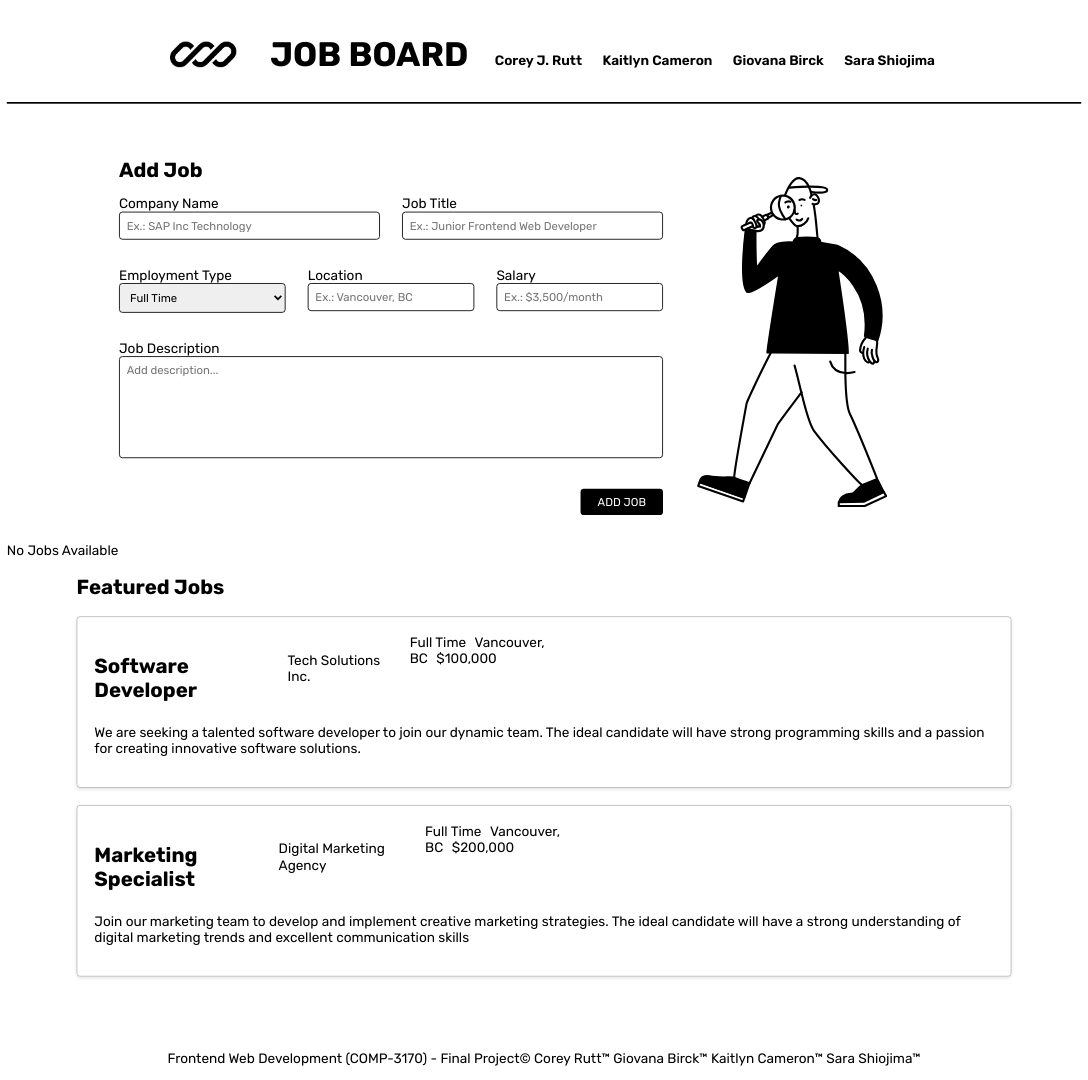
Repository: kcameron37/Final-Project-FrontEnd
Page: /
These files come from the project's save history. The page is drawn as it stood at one moment and after the next save; the edit follows.
The browser window is 1280 px wide. The pictures show the whole page, at 85% of full size.
The project was rebuilt for these pictures with package versions that can differ from the ones it lists, and the page was loaded fresh each time.

Above is the page before, as saved 2023-11-28 20:31:03.

### src/index.js
import { StrictMode } from "react";
import { createRoot } from "react-dom/client";

import App from "./App";
import './styles.css';

const rootElement = document.getElementById("root");
const root = createRoot(rootElement);

root.render(
  <StrictMode>
    <App />
    <p className="footer">Frontend Web Development (COMP-3170) - Final Project&copy; Corey Rutt&trade; Giovana Birck&trade; Kaitlyn Cameron&trade; Sara Shiojima&trade; </p>
  </StrictMode>
);

### src/App.js
import React, { useState } from 'react';
import { BrowserRouter as Router, Routes, Route } from 'react-router-dom';

import JobList from './components/JobList';
import AddJob from './components/AddJob';
import FilterComponent from './components/FilterComponent';
import NavBar from './components/NavBar';

export default function App() {
  const [jobs, setJobs] = useState([]);
  const [jobToEdit, setJobToEdit] = useState(null);

  const addJob = (job) => {
    if (jobToEdit) {
      const updatedJobs = jobs.map(j => (j.id === jobToEdit.id ? { ...j, ...job } : j));
      setJobs(updatedJobs);
      setJobToEdit(null);
    } else {
      const newJobWithId = { ...job, id: Date.now() };
      setJobs([...jobs, newJobWithId]);
    }
  };

  const deleteJob = (index) => {
    const newJobs = jobs.filter((_, idx) => idx !== index);
    setJobs(newJobs);
  };

  return (
    <Router>
      <div className="App">
        <NavBar />
        <AddJob addJob={addJob} jobToEdit={jobToEdit} />
        <FilterComponent jobs={jobs} />
        <Routes>
          <Route path="/" element={<JobList jobs={jobs} deleteJob={deleteJob} setJobToEdit={setJobToEdit} />} />
          <Route path="/filter/:filterType/:filterValue" element={<JobList jobs={jobs} deleteJob={deleteJob} setJobToEdit={setJobToEdit} />} />
        </Routes>
      </div>
    </Router>
  );
}

### src/styles.css
.App {
  font-family: 'Rubik', sans-serif;
  padding-bottom: 50px;
}

.footer {
  left: 0;
  bottom: 0;
  width: 100%;
  text-align: center;
  z-index: 1000;
}

### src/components/JobList.js
import React from 'react';
import { useParams } from 'react-router-dom';
import styles from "./jobList.module.css";

export default function JobList({ jobs, deleteJob, setJobToEdit }) {
  const { filterType, filterValue } = useParams();

  // Filtering logic based on URL parameters
  const filteredJobs = filterType && filterValue
    ? jobs.filter(job => job[filterType].toString() === filterValue)
    : jobs;

  const handleEditClick = (job) => {
    setJobToEdit(job);
  };

  return (
    <div className={styles.jobListContainer}>
      <h2 className={styles.h2}>Featured Jobs</h2>
      {filteredJobs.map((job, index) => (
        <div key={index} className={styles.jobItem}>
          <div className={styles.titleLine}>
            <h3 className={styles.jobTitle}>{job.jobTitle}</h3>
            <button
              className={styles.editButton}
              onClick={() => handleEditClick(job)}
            >
              Edit
            </button>
            <button
              className={styles.deleteButton}
              onClick={() => deleteJob(index)}
            >
              Delete
            </button>
          </div>

          <div className={styles.companyInfo}>
            <div className={styles.companyName}>
              <span>{job.companyName}</span>
            </div>
            <div className={styles.companyDetails}>
              <span>{job.employment}</span>
              <span>{job.location}</span>
              <span>{job.salary}</span>
            </div>
          </div>
          <p className={styles.jobDescription}>{job.description}</p>
        </div>
      ))}
      <div className={styles.jobListContainer}>
        <div className={styles.jobItem}>
          <div className={styles.titleLine}>
            <h3 className={styles.jobTitle}>Software Developer</h3>

            <div className={styles.companyInfo}>
              <div className={styles.companyName}>
                <span>Tech Solutions Inc.</span>
              </div>
            </div>
            <div className={styles.companyDetails}>
              <span>Full Time</span>
              <span>Vancouver, BC</span>
              <span>$100,000</span>
            </div>
          </div>
          <p className={styles.jobDescription}>
            We are seeking a talented software developer to join our dynamic
            team. The ideal candidate will have strong programming skills and a
            passion for creating innovative software solutions.
          </p>
        </div>
      </div>

      <div className={styles.jobListContainer}>
        <div className={styles.jobItem}>
          <div className={styles.titleLine}>
            <h3 className={styles.jobTitle}>Marketing Specialist</h3>
            <div className={styles.companyInfo}>
              <div className={styles.companyName}>
                <span>Digital Marketing Agency</span>
              </div>
            </div>
            <div className={styles.companyDetails}>
              <span>Full Time</span>
              <span>Vancouver, BC</span>
              <span>$200,000</span>
            </div>
          </div>
          <p className={styles.jobDescription}>
            Join our marketing team to develop and implement creative marketing
            strategies. The ideal candidate will have a strong understanding of
            digital marketing trends and excellent communication skills
          </p>
        </div>
      </div>
    </div>
  );
}

### src/components/AddJob.js
import React, { useState, useEffect } from "react";
import styles from "./addJob.module.css";

export default function AddJob({ addJob, jobToEdit, updateJob }) {
  const [job, setJob] = useState({
    companyName: "",
    jobTitle: "",
    employment: "Full Time",
    location: "",
    salary: "",
    description: "",
  });

  useEffect(() => {
    if (jobToEdit) {
      setJob(jobToEdit);
    } else {
      setJob({
        companyName: "",
        jobTitle: "",
        employment: "Full Time",
        location: "",
        salary: "",
        description: "",
      });
    }
  }, [jobToEdit]);

  const handleSubmit = (e) => {
    e.preventDefault();
    addJob(job);
    setJob({
      companyName: "",
      jobTitle: "",
      employment: "Full Time",
      location: "",
      salary: "",
      description: "",
    });
  };

  const handleChange = (e) => {
    setJob({ ...job, [e.target.name]: e.target.value });
  };

  return (
    <form onSubmit={handleSubmit} className={styles.container}>
      <div className={styles.form}>
        <h2 className={styles.formTitle}>Add Job</h2>

        <div className={styles.formRow}>
          <div className={styles.inputContainer}>
            <label className={styles.inputLabel}>Company Name</label>

            <input
              type="text"
              name="companyName"
              value={job.companyName}
              onChange={handleChange}
              placeholder="Ex.: SAP Inc Technology"
              className={styles.textInput}
            />
          </div>

          <div className={styles.inputContainer}>
            <label className={styles.inputLabel}>Job Title</label>

            <input
              type="text"
              name="jobTitle"
              value={job.jobTitle}
              onChange={handleChange}
              placeholder="Ex.: Junior Frontend Web Developer"
              className={styles.textInput}
            />
          </div>
        </div>

        <div className={styles.formRow}>
          <div className={styles.inputContainer}>
            <label className={styles.inputLabel}>Employment Type</label>

            <select
              name="employment"
              value={job.employment}
              onChange={handleChange}
              className={styles.selectInput}
            >
              <option value="Full Time">Full Time</option>
              <option value="Part Time">Part Time</option>
            </select>
          </div>

          <div className={styles.inputContainer}>
            <label className={styles.inputLabel}>Location</label>

            <input
              type="text"
              name="location"
              value={job.location}
              onChange={handleChange}
              placeholder="Ex.: Vancouver, BC"
              className={styles.textInput}
            />
          </div>

          <div className={styles.inputContainer}>
            <label className={styles.inputLabel}>Salary</label>

            <input
              type="text"
              name="salary"
              value={job.salary}
              onChange={handleChange}
              placeholder="Ex.: $3,500/month"
              className={styles.textInput}
            />
          </div>
        </div>

        <div className={styles.formRow}>
          <div className={styles.inputContainer}>
            <label className={styles.inputLabel}>Job Description</label>

            <textarea
              name="description"
              value={job.description}
              onChange={handleChange}
              placeholder="Add description..."
              className={styles.textareaInput}
            />
          </div>
        </div>

        <div className={styles.formRow}>
          <button className={styles.button} type="submit">
            {jobToEdit ? "Update Job" : "Add Job"}
          </button>
        </div>
      </div>

      <div className={styles.imageWrap}>
        <img className={styles.image} src="/images/man.svg" alt="Logo" />
      </div>
    </form>
  );
}

### src/components/FilterComponent.js
import React from 'react';
import { useNavigate } from 'react-router-dom';

function FilterComponent({ jobs }) {
    const navigate = useNavigate();

    const uniqueLocations = getUniqueValues(jobs, 'location');
    const uniqueJobTitles = getUniqueValues(jobs, 'jobTitle');

    const handleFilterChange = (filterType, value) => {
      if (value === "") {
        navigate(`/`); // Navigate to base route to reset the filter
      } else {
        navigate(`/filter/${filterType}/${value}`);
      }
    };

  if (jobs.length === 0) {
    return <p>No Jobs Available</p>;
  }

  return (
    <div>
      <div>
        <label>Location:</label>
        <select onChange={(e) => handleFilterChange('location', e.target.value)}>
          <option value="">All Locations</option> {/* Reset option */}
          {uniqueLocations.map(location => (
            <option key={location} value={location}>{location}</option>
          ))}
        </select>
      </div>

      <div>
        <label>Job Title:</label>
        <select onChange={(e) => handleFilterChange('jobTitle', e.target.value)}>
          <option value="">All Job Titles</option> {/* Reset option */}
          {uniqueJobTitles.map(title => (
            <option key={title} value={title}>{title}</option>
          ))}
        </select>
      </div>

      {/* Add more dropdowns for other categories... */}
    </div>
  );
}

export default FilterComponent;

function getUniqueValues(jobs, key) {
  const unique = [...new Set(jobs.map(job => job[key]))];
  return unique;
}

### src/components/NavBar.js
import React, { useState, useEffect, useRef } from "react";
import styles from "./navBar.module.css";

export default function NavBar() {
  const [popups, setPopups] = useState({
    corey: false,
    kaitlyn: false,
    giovana: false,
    sara: false,
  });

  const togglePopup = (popupName) => {
    setPopups((prevState) => ({
      ...Object.keys(prevState).reduce((acc, key) => {
        acc[key] = key === popupName ? !prevState[key] : false;
        return acc;
      }, {}),
    }));
  };

  const popupRefs = {
    corey: useRef(null),
    kaitlyn: useRef(null),
    giovana: useRef(null),
    sara: useRef(null),
  };

  useEffect(() => {
    const handleOutsideClick = (event) => {
      for (const key in popupRefs) {
        if (popupRefs[key].current && !popupRefs[key].current.contains(event.target)) {
          setPopups((prevState) => ({
            ...prevState,
            [key]: false,
          }));
        }
      }
    };

    document.addEventListener("mousedown", handleOutsideClick);
    return () => {
      document.removeEventListener("mousedown", handleOutsideClick);
    };
  }, []);

  return (
    <div className={styles.navBar}>
      <div className={styles.logo}>
        <img src="/images/logo.png" alt="Logo" />
        <h2>JOB BOARD</h2>
      </div>

      <div>
        <button onClick={() => togglePopup("corey")}>Corey J. Rutt</button>
        {popups.corey && (
          <div className={`${styles.popupWrapper} ${styles.corey}`} ref={popupRefs.corey}>
            <button className={styles.closeButton} onClick={() => togglePopup("corey")}>
              X
            </button>
            <div className={styles.popup}>
              <p>Student Number A013347533</p>
            </div>
          </div>
        )}

        <button onClick={() => togglePopup("kaitlyn")}>Kaitlyn Cameron</button>
        {popups.kaitlyn && (
          <div className={`${styles.popupWrapper} ${styles.kaitlyn}`} ref={popupRefs.kaitlyn}>
            <button className={styles.closeButton} onClick={() => togglePopup("kaitlyn")}>
              X
            </button>
            <div className={styles.popup}>
              <p>Student Number A01326523</p>
            </div>
          </div>
        )}

        <button onClick={() => togglePopup("giovana")}>Giovana Birck</button>
        {popups.giovana && (
          <div className={`${styles.popupWrapper} ${styles.giovana}`} ref={popupRefs.giovana}>
            <button className={styles.closeButton} onClick={() => togglePopup("giovana")}>
              X
            </button>
            <div className={styles.popup}>
              <p>Student Number A01299565</p>
            </div>
          </div>
        )}

        <button onClick={() => togglePopup("sara")}>Sara Shiojima</button>
        {popups.sara && (
          <div className={`${styles.popupWrapper} ${styles.sara}`} ref={popupRefs.sara}>
            <button className={styles.closeButton} onClick={() => togglePopup("sara")}>
              X
            </button>
            <div className={styles.popup}>
              <p>Student Number A01314209</p>
            </div>
          </div>
        )}
      </div>
    </div>
  );
}

### src/components/jobList.module.css
  .jobListContainer {
    max-width: 1100px;
    margin: auto;
  }

.titleLine{
    display: flex;
}

.jobItem {
    border-radius: 4px;
    box-shadow: 0 2px 4px rgba(0,0,0,0.1);
    padding: 20px;
    margin-bottom: 20px;
    border: 1px solid #b7b7b7;
  }

  .jobTitle {
    font-size: 24px;
    margin-bottom: 10px;
  }

  .companyInfo {
    display: flex;
    justify-content: space-between;
    align-items: center;
    margin-bottom: 10px;
  }

  .companyName span {
    font-size: 16px;
    margin-right: 10px;
  }

  .companyDetails{
    margin-right: 40%;
  }

  .companyDetails span{
    font-size: 16px;
    margin-right: 10px;

  }

  .editButton,
  .deleteButton {
    padding: 8px 16px;
    color: black;
    border: 1px solid black;
    border-radius: 4px;
    cursor: pointer;
    text-transform: uppercase;
    font-size: 10px;
    margin-left: 8px;
  }

  .editButton {
    background-color: rgb(231, 231, 231);
  }

  .deleteButton {
    background-color:rgb(231, 231, 231);
  }

  .jobDescription {
    font-size: 16px;
  }

### src/components/addJob.module.css
* > * {
    box-sizing: border-box;
    font-family: 'Rubik', sans-serif;
  }

  .container {
    display: flex;
    align-items: center;
    gap: 40px;
    width: 100%;
    max-width: 1000px;
    margin: 0 auto;
  }

  .form {
    display: flex;
    flex-direction: column;
    gap: 16px;
    flex: 2;
  }

  .formTitle {
    margin: 0;
  }

  .formRow {
    display: flex;
    width: 100%;
    gap: 26px;
    padding-bottom: 16px;
  }

  .inputContainer {
    flex: 1;
  }

  .input-label {
    display: block;
    margin-bottom: 8px;
  }

  .textInput {
    width: 100%;
    padding: 8px;
    border-radius: 4px;
    border: 1px solid black;
  }

  .selectInput {
    width: 100%;
    padding: 8px;
    border-radius: 4px;
    border: 1px solid black;
  }

  .textareaInput {
    width: 100%;
    padding: 8px;
    border-radius: 4px;
    border: 1px solid black;
    resize: none;
    height: 120px;
  }

  .button {
    padding: 8px 20px;
    background-color: #000000;
    color: #ffffff;
    border: none;
    border-radius: 4px;
    cursor: pointer;
    text-transform: uppercase;
    margin-left: auto;
  }

  .imageWrap {
    flex: 1;
  }

  .image {
    width: 70%;
  }

### src/components/navBar.module.css
.logo {
  display: flex;
  align-items: center;
  margin-left: 2em;
}

.logo h2 {
  margin-left: 1em;
  font-size: 40px;
  margin-bottom: 32px;
}

.navBar {
  background-color: transparent;
  padding: 0px 160px 0px 160px;
  border-style: solid;
  border-width: 0px 0px 2px 0px;
  display: flex;
  align-items: flex-end;
  justify-content: space-between;
  margin-bottom: 64px;
  position: relative;
}

.navBar img {
  height: 30px;
}

.navBar button {
  background-color: transparent;
  font-weight: 600;
  border: none;
  padding: 0px 12px 40px 12px;
  cursor: pointer;
  font-size: 16px;
}

.popupWrapper {
  position: absolute;
  top: 100%;
  right: 10;
  background-color: #fff;
  box-shadow: 0 2px 4px rgba(0, 0, 0, 0.2);
  border: 2px solid black;
  padding: 10px;
  z-index: 1;
  width: 15em;
}

.popup {
  list-style: none;
  padding: 0;
  margin: 0;
  margin-top: 2em;
}

.popup h3 {
  font-size: 18px;
  margin-top: 20px;
  margin-bottom: 10px;
}

.popup li {
  font-size: 16px;
  margin-bottom: 8px;
  margin-top: 10px;
}

.closeButton {
  position: absolute;
  top: 5px;
  right: 5px;
  background-color: transparent;
  border: none;
  cursor: pointer;
}

.popupWrapper {
  position: absolute;
  background-color: #fff;
  box-shadow: 0 2px 4px rgba(0, 0, 0, 0.2);
  border: 2px solid black;
  padding: 10px;
  z-index: 1;
  width: 10em;
}

.popupWrapper.corey {
  top: calc(100% + 10px);
  left: 60%;
}

.popupWrapper.kaitlyn {
  top: calc(100% + 10px);
  left: 68%;
}

.popupWrapper.giovana {
  top: calc(100% + 10px);
  left: 75%;
}

.popupWrapper.sara {
  top: calc(100% + 10px);
  left: 82%;
}

Loaded but not shown: public/index.html (common file)

After the next save:
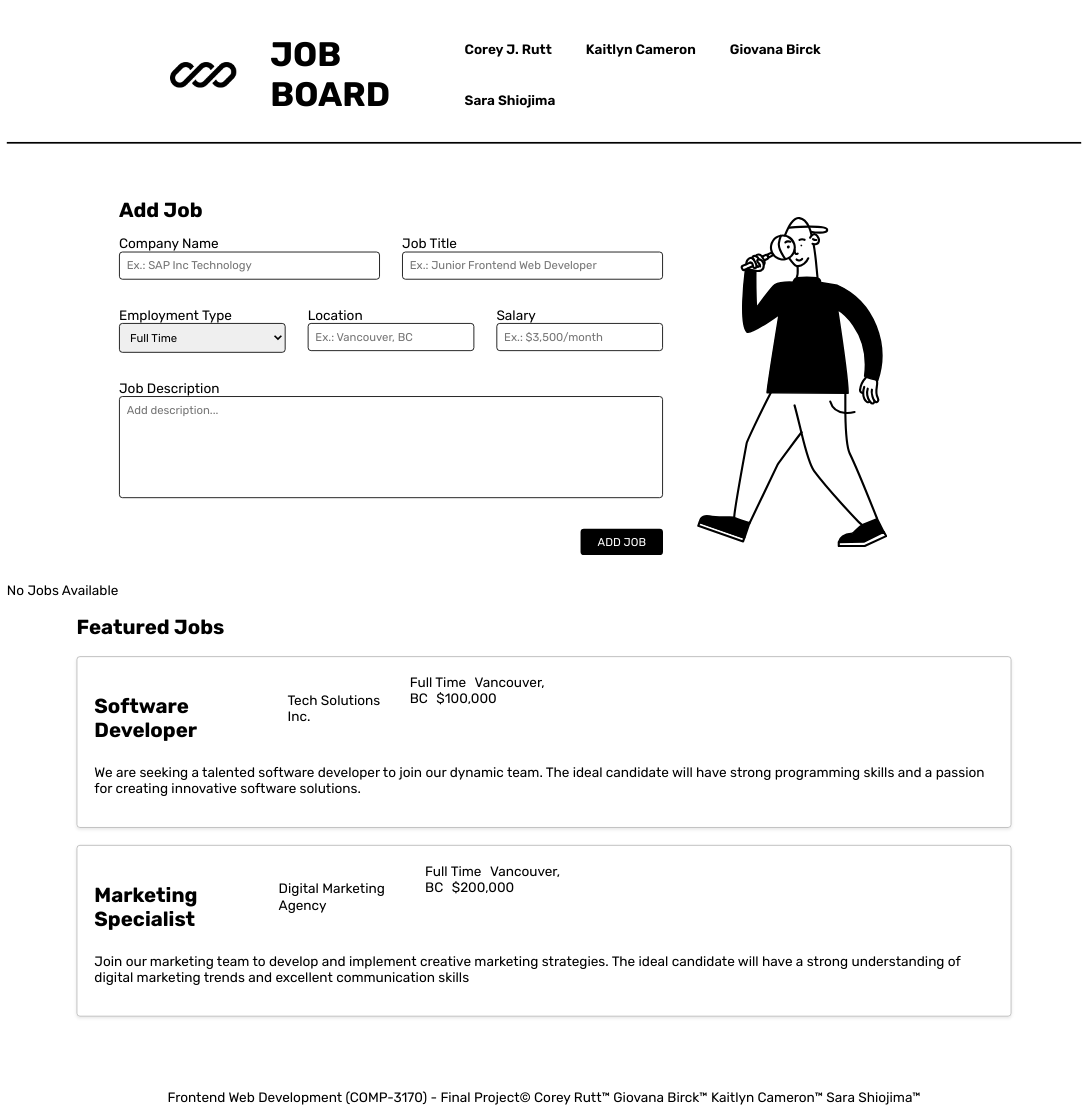
Saved 20 s later.
--- a/src/components/navBar.module.css
+++ b/src/components/navBar.module.css
@@ -31,6 +31,7 @@
   font-weight: 600;
   border: none;
   padding: 0px 12px 40px 12px;
+  margin-right: 1em;
   cursor: pointer;
   font-size: 16px;
 }
@@ -82,17 +83,17 @@
   border: 2px solid black;
   padding: 10px;
   z-index: 1;
-  width: 10em;
+  width: 12em;
 }
 
 .popupWrapper.corey {
   top: calc(100% + 10px);
-  left: 60%;
+  left:52%;
 }
 
 .popupWrapper.kaitlyn {
   top: calc(100% + 10px);
-  left: 68%;
+  left: 65%;
 }
 
 .popupWrapper.giovana {
@@ -102,5 +103,5 @@
 
 .popupWrapper.sara {
   top: calc(100% + 10px);
-  left: 82%;
+  left: 85%;
 }

After the save that followed:
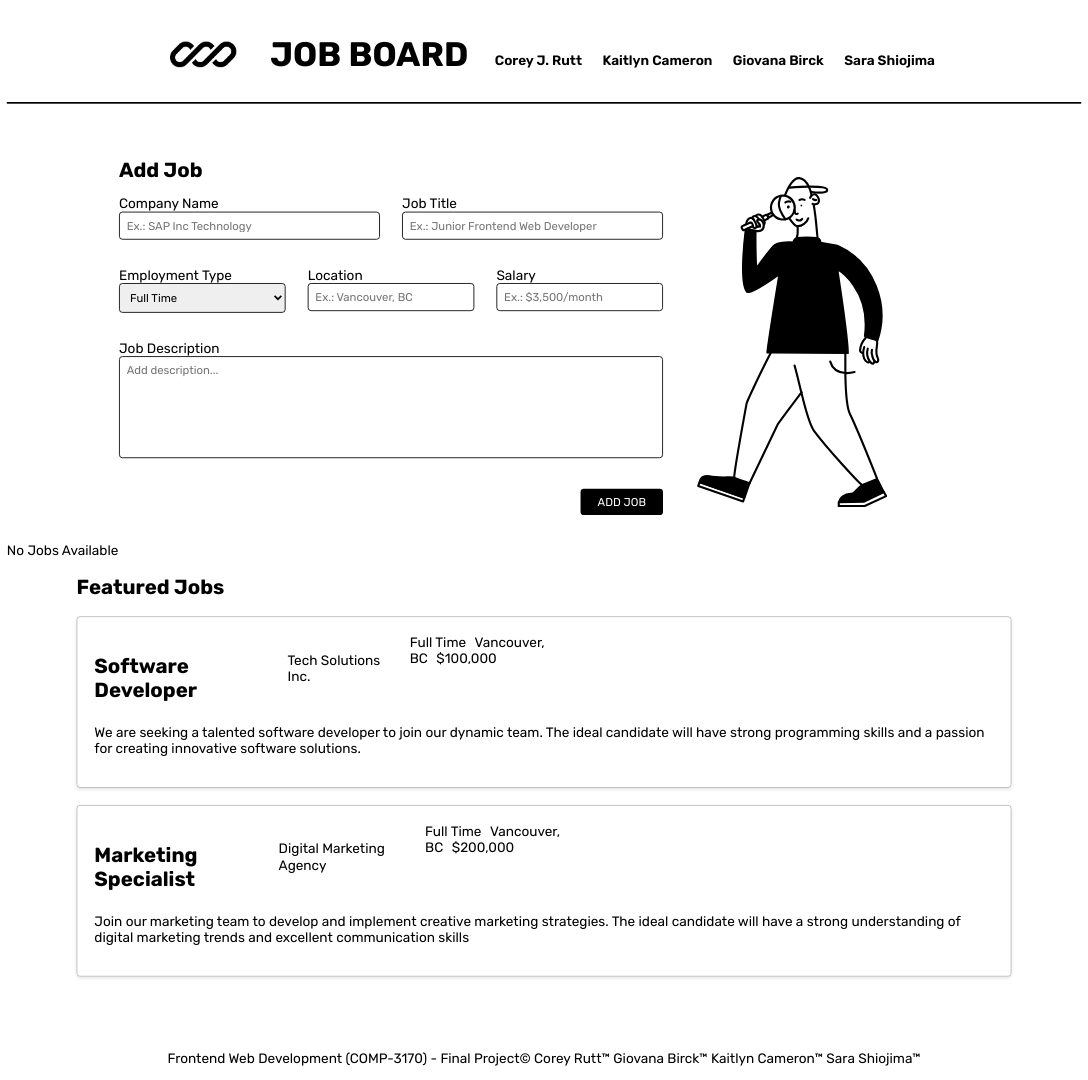
Saved 8 s later.
--- a/src/components/navBar.module.css
+++ b/src/components/navBar.module.css
@@ -31,7 +31,6 @@
   font-weight: 600;
   border: none;
   padding: 0px 12px 40px 12px;
-  margin-right: 1em;
   cursor: pointer;
   font-size: 16px;
 }
@@ -83,7 +82,7 @@
   border: 2px solid black;
   padding: 10px;
   z-index: 1;
-  width: 12em;
+  width: 10em;
 }
 
 .popupWrapper.corey {
